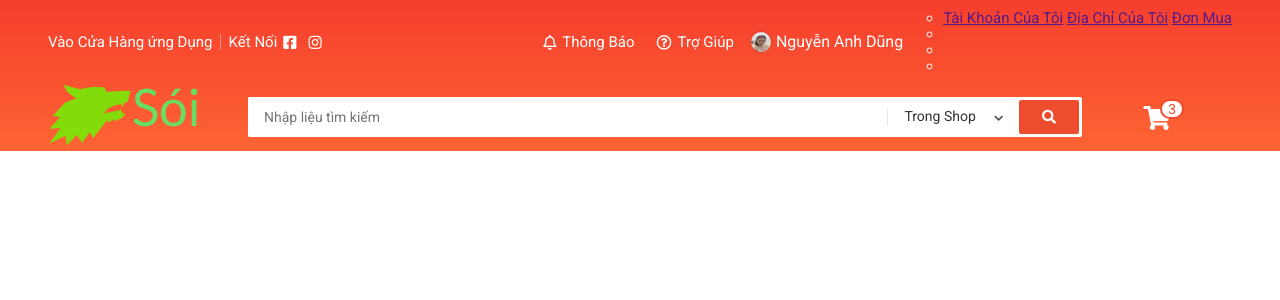
Repository: adwewecat/shoppe
Page: index.html
An editor plug-in stored every save of this project. The page is shown before and after a run of saves, followed by the edit.
The browser window is 1280 px wide. The pictures show the whole page.

Above is the page before, as saved 2021-09-03 12:01:24.

### index.html
<!DOCTYPE html>
<html lang="en">

<head>
    <meta charset="UTF-8" />
    <meta http-equiv="X-UA-Compatible" content="IE=edge" />
    <meta name="viewport" content="width=device-width, initial-scale=1.0" />
    <title>Document</title>
    <link rel="preconnect" href="https://fonts.googleapis.com" />
    <link rel="preconnect" href="https://fonts.gstatic.com" crossorigin />
    <link href="https://fonts.googleapis.com/css2?family=Roboto:ital,wght@0,400;0,500;0,700;1,300&display=swap"
        rel="stylesheet" />
    <link rel="stylesheet" href="./assets/css/base.css" />
    <link rel="stylesheet" href="./assets/css/main.css" />
    <link rel="stylesheet" href="./assets/fonts/fontawesome-free-5.15.4/css/all.min.css" />
</head>

<body>
    <div class="main">
        <header class="header">
            <div class="grid">
                <!-- Begin Navbar -->
                <nav class="header__navbar">
                    <ul class="header__navbar-list">
                        <li class="
                  header__navbar-item
                  header__navbar-item--has-qr
                  header__navbar-item--seperate
                ">
                            Vào Cửa Hàng ứng Dụng
                            <!-- Begin Header QR Code -->
                            <div class="header__qr">
                                <img src="./assets/img/qr_code/qrcode_2066837_.png" alt="QR_Code_Lagel"
                                    class="header__qr-img" />
                                <div class="header__qr-apps">
                                    <a href="" class="header__qr-link">
                                        <img src="./assets/img/qr_code/android.png" alt="android"
                                            class="header__qr-dowload-img" />
                                    </a>
                                    <a href="" class="header__qr-link">
                                        <img src="./assets/img/qr_code/ios.png" alt="ios"
                                            class="header__qr-dowload-img" />
                                    </a>
                                </div>
                            </div>
                            <!-- End Header QR Code -->
                        </li>
                        <li class="header__navbar-item">
                            <span class="header__navbar-title-no-pointer">Kết Nối</span>
                            <a href="" class="header__navbar-icon-link">
                                <i class="header__navbar-icon fab fa-facebook-square"></i>
                            </a>
                            <a href="" class="header__navbar-icon-link">
                                <i class="header__navbar-icon fab fa-instagram"></i>
                            </a>
                        </li>
                    </ul>

                    <ul class="header__navbar-list">
                        <li class="header__navbar-item header__navbar-item--has-notify">
                            <a href="" class="header__navbar-item-link">
                                <i class="header__navbar-icon far fa-bell"></i>
                                Thông Báo
                            </a>

                            <!-- Begin hover Thông Báo -->
                            <div class="header__notify">
                                <header class="header__notify-header">
                                    <h3>Thông Báo Mới Nhận</h3>
                                </header>
                                <ul class="header__notify-list">
                                    <li class="header__notify-item header__notify-item--viewed">
                                        <a href="" class="header__notify-link">
                                            <img src="./assets/img/san-pham/xiaomi-mi-11-ultra.jpg"
                                                alt="Xiaomi Mi 11 Ultra" class="header__notify-img" />
                                            <div class="header__notify-info">
                                                <span class="header__notify-name">Xiaomi Mi 11 Ultra</span>
                                                <span class="header__notify-description">Mô tả điện thoại Xiaomi Mi 11
                                                    Ultra</span>
                                            </div>
                                        </a>
                                    </li>

                                    <li class="header__notify-item">
                                        <a href="" class="header__notify-link">
                                            <img src="./assets/img/san-pham/xiaomi-mi-11-ultra.jpg"
                                                alt="Xiaomi Mi 11 Ultra" class="header__notify-img" />
                                            <div class="header__notify-info">
                                                <span class="header__notify-name">Xiaomi Mi 11 Ultra Ultra Ultra Ultra
                                                    Ultra Ultra
                                                    Ultra Ultra Ultra Ultra</span>
                                                <span class="header__notify-description">Mô tả điện thoại Xiaomi Mi 11
                                                    Ultra Mô tả điện
                                                    thoại Xiaomi Mi 11 Ultra Mô tả điện thoại Xiaomi Mi
                                                    11 Ultra Mô tả điện thoại Xiaomi Mi 11 Ultra</span>
                                            </div>
                                        </a>
                                    </li>

                                    <li class="header__notify-item">
                                        <a href="" class="header__notify-link">
                                            <img src="./assets/img/san-pham/xiaomi-mi-11-ultra.jpg"
                                                alt="Xiaomi Mi 11 Ultra" class="header__notify-img" />
                                            <div class="header__notify-info">
                                                <span class="header__notify-name">Xiaomi Mi 11 Ultra</span>
                                                <span class="header__notify-description">Mô tả điện thoại Xiaomi Mi 11
                                                    Ultra</span>
                                            </div>
                                        </a>
                                    </li>
                                </ul>

                                <footer class="header__notify-footer">
                                    <a href="" class="header__notify-footer-btn">Xem Tất Cả</a>
                                </footer>
                            </div>
                            <!-- Begin hover Thông Báo -->
                        </li>

                        <li class="header__navbar-item">
                            <a href="" class="header__navbar-item-link">
                                <i class="header__navbar-icon far fa-question-circle"></i>
                                Trợ Giúp
                            </a>
                        </li>
                        <!-- <li class="header__navbar-item header__navbar-item--strong header__navbar-item--seperate">
                            Đăng Ký
                        </li>
                        <li class="header__navbar-item header__navbar-item--strong">
                            Đăng Nhập
                        </li> -->
                        <li class="header__navbar-item header__navbar-item-user">
                            <img src="./assets/img/san-pham/4.jpg" alt="" class="header__navbar-user-img">
                            <span class="header__navbar-user-name">Nguyễn Anh Dũng</span>

                            <ul class="header__navbar-user-menu">
                                <li class="header__navbar-user-item">
                                    <a href="">Tài Khoản Của Tôi</a>
                                    <a href="">Địa Chỉ Của Tôi</a>
                                    <a href="">Đơn Mua</a>
                                </li>
                                <li class="header__navbar-user-item">

                                </li>
                                <li class="header__navbar-user-item">

                                </li>
                                <li class="header__navbar-user-item">

                                </li>

                            </ul>

                        </li>
                    </ul>
                </nav>
                <!-- End Navbar -->

                <!-- Begin search, logo, giỏ hàng -->
                <div class="header-with-search">
                    <div class="header__logo">
                        <img src="./assets/img/san-pham/logo.png" alt="" class="header__logo-img" />
                    </div>
                    <!-- Begin Search -->
                    <div class="header__search">
                        <div class="header__search-input-wrap">
                            <input type="text" class="header__search-input" placeholder="Nhập liệu tìm kiếm" />

                            <!-- Search History -->
                            <div class="header__search-history">
                                <h3 class="header__search-history-heading">
                                    Lịch Sử Tìm Kiếm
                                </h3>
                                <ul class="header__search-history-list">
                                    <li class="header__search-history-item">
                                        <a href="">Iphone 12 pro max</a>
                                    </li>
                                    <li class="header__search-history-item">
                                        <a href="">Xiaomi Mi 11i </a>
                                    </li>
                                </ul>
                            </div>
                        </div>

                        <div class="header__search-select">
                            <span class="header__search-select-lable">Trong Shop</span>
                            <i class="header__search-select-icon fas fa-chevron-down"></i>

                            <ul class="header__search-option">
                                <li class="
                      header__search-option-item
                      header__search-option-item--active
                    ">
                                    <span>Trong Shop</span>
                                    <i class="fas fa-check"></i>
                                </li>
                                <li class="header__search-option-item">
                                    <span>Ngoài Shop</span>
                                    <i class="fas fa-check"></i>
                                </li>
                            </ul>
                        </div>
                        <button class="header__search-btn">
                            <i class="header__search-btn-icon fas fa-search"></i>
                        </button>
                    </div>
                    <!-- End Search -->

                    <!-- Begin Giỏ Hàng -->
                    <div class="header__cart">
                        <div class="header__cart-wrap">
                            <i class="fas fa-shopping-cart header__cart-icon"></i>
                            <span class="header__cart-notice">3</span>
                            <!-- No card : header__cart-list--no-cart -->
                            <div class="header__cart-list ">
                                <img src="./assets/img/san-pham/chua-co-san-pham.png" alt=""
                                    class="header__cart-no-cart-img" />
                                <span class="header__cart-list--no-cart-msg">Chưa Có Sản Phẩm Nào</span>

                                <!-- Có sản phẩm -->
                                <h4 class="header__cart-heading">Sản Phẩm Đã Thêm</h4>
                                <ul class="header__cart-list-item">
                                    <!-- Cart Item -->
                                    <li class="header__cart-item">
                                        <img src="./assets/img/san-pham/xiaomi-mi-11-ultra.jpg" alt=""
                                            class="header__cart-img" />
                                        <div class="header__cart-item-info">
                                            <div class="header__cart-item-head">
                                                <h5 class="header__cart-item-name">
                                                    Điện Thoại Cấu Hình Cao
                                                </h5>
                                                <div class="header__cart-item-price-wrap">
                                                    <span class="header__cart-item-price">19.000.000đ</span>
                                                    <span class="header__cart-item-multiply">x</span>
                                                    <span class="header__cart-item-quantity">2</span>
                                                </div>
                                            </div>
                                            <div class="header__cart-item-body">
                                                <span class="header__cart-item-description">
                                                    Phân Loại Hàng : Điện Thoại Thông Minh
                                                </span>
                                                <span class="header__cart-item-remove">Xóa</span>
                                            </div>
                                        </div>
                                    </li>
                                </ul>
                                <ul class="header__cart-list-item">
                                    <!-- Cart Item -->
                                    <li class="header__cart-item">
                                        <img src="./assets/img/san-pham/xiaomi-mi-11-ultra.jpg" alt=""
                                            class="header__cart-img" />
                                        <div class="header__cart-item-info">
                                            <div class="header__cart-item-head">
                                                <h5 class="header__cart-item-name">
                                                    Điện Thoại Cấu Hình Cao
                                                </h5>
                                                <div class="header__cart-item-price-wrap">
                                                    <span class="header__cart-item-price">19.000.000đ</span>
                                                    <span class="header__cart-item-multiply">x</span>
                                                    <span class="header__cart-item-quantity">2</span>
                                                </div>
                                            </div>
                                            <div class="header__cart-item-body">
                                                <span class="header__cart-item-description">
                                                    Phân Loại Hàng : Điện Thoại Thông Minh
                                                </span>
                                                <span class="header__cart-item-remove">Xóa</span>
                                            </div>
                                        </div>
                                    </li>
                                </ul>
                                <div>
                                    <a href="#" class="header__cart-view-cart btn btn--primary">Xem Tất Cả</a>
                                </div>
                            </div>
                        </div>
                    </div>
                    <!-- End Giỏ Hàng -->
                </div>
                <!-- End search, logo, giỏ hàng -->
            </div>
        </header>

        <div class="container"></div>

        <footer class="footer"></footer>
    </div>

    <!-- Begin Modal -->
    <!-- <div class="modal">
        <div class="modal__overlay"></div>

        <div class="modal__body"> -->

    <!-- Begin Register form -->
    <!-- <div class="auth-form">
                    <div class="auth-form__container">
                        <div class="auth-form__header">
                            <h3 class="auth-form__heading">Đăng Ký</h3>
                            <span class="auth-form__switch-btn">Đăng Nhập</span>
                        </div>

                        <div class="auth-form__form">
                            <div class="auth-form__group">
                                <input type="text" class="auth-form__input" placeholder="Nhập Email">
                            </div>
                            <div class="auth-form__group">
                                <input type="password" class="auth-form__input" placeholder="Nhập Mật Khẩu">
                            </div>
                            <div class="auth-form__group">
                                <input type="password" class="auth-form__input" placeholder="Nhập Lại Mật Khẩu">
                            </div>
                        </div>

                        <div class="auth-form__aside">
                            <p class="auth-form__policy-text">
                                Bằng Việc Đăng Ký , Bạn Đã Đồng Ý Với Shop Về
                                <a href="" class="auth-form__text-link">Điều Khoản Dịch Vụ</a> &
                                <a href="" class="auth-form__text-link">Chính Sách Bảo Mật</a>
                            </p>
                        </div>

                        <div class="auth-form__controls">
                            <button class="btn btn--normal auth-form__controls-back">TRỞ LẠI</button>
                            <button class="btn btn--primary">Đăng Ký</button>
                        </div>
                    </div>


                    <div class="auth-form__socials">

                        <a href="" class=" auth-form__socials-facebook btn btn--size-s btn--witch-icon">
                            <i class="auth-form__socials-icon fab fa-facebook-square"></i>
                            <span class="auth-form__socials-title">
                                Kết Nối Với Facebook
                            </span>
                        </a>

                        <a href="" class="auth-form__socials-google btn btn--size-s btn--witch-icon">
                            <i class="auth-form__socials-icon fab fa-google-plus-square"></i>
                            <span class="auth-form__socials-title">
                                Kết Nối Với Google
                            </span>
                        </a>
                    </div>
                </div> -->
    <!-- Begin Register form -->

    <!-- Begin Login form -->
    <!-- <div class="auth-form">
                    <div class="auth-form__container">
                        <div class="auth-form__header">
                            <h3 class="auth-form__heading">Đăng Nhập</h3>
                            <span class="auth-form__switch-btn">Đăng Ký</span>
                        </div>

                        <div class="auth-form__form">
                            <div class="auth-form__group">
                                <input type="text" class="auth-form__input" placeholder="Nhập Email">
                            </div>
                            <div class="auth-form__group">
                                <input type="password" class="auth-form__input" placeholder="Nhập Mật Khẩu">
                            </div>
                        </div>

                        <div class="auth-form__aside">
                            <div class="auth-form__help">
                                <a href="" class="auth-form__help-link auth-form__help-forgot">Quên Mật Khẩu</a>
                                <span class="auth-form__help-separate"></span>
                                <a href="" class="auth-form__help-link">Cần Trợ Giúp?</a>
                            </div>
                        </div>

                        <div class="auth-form__controls">
                            <button class="btn btn--normal auth-form__controls-back">Trở Lại</button>
                            <button class="btn btn--primary">Đăng Nhập</button>
                        </div>
                    </div>


                    <div class="auth-form__socials">

                        <a href="" class=" auth-form__socials-facebook btn btn--size-s btn--witch-icon">
                            <i class="auth-form__socials-icon fab fa-facebook-square"></i>
                            <span class="auth-form__socials-title">
                                Kết Nối Với Facebook
                            </span>
                        </a>

                        <a href="" class="auth-form__socials-google btn btn--size-s btn--witch-icon">
                            <i class="auth-form__socials-icon fab fa-google-plus-square"></i>
                            <span class="auth-form__socials-title">
                                Kết Nối Với Google
                            </span>
                        </a>
                    </div>
                </div> -->
    <!-- End Login form -->

    <!-- </div>
    </div> -->

    <!-- End Modal -->
</body>

</html>

### assets/css/base.css

/* Reset CSS */
/*! normalize.css v8.0.1 | MIT License | github.com/necolas/normalize.css */
html{line-height:1.15;-webkit-text-size-adjust:100%}body{margin:0}main{display:block}h1{font-size:2em;margin:.67em 0}hr{box-sizing:content-box;height:0;overflow:visible}pre{font-family:monospace,monospace;font-size:1em}a{background-color:transparent}abbr[title]{border-bottom:none;text-decoration:underline;text-decoration:underline dotted}b,strong{font-weight:bolder}code,kbd,samp{font-family:monospace,monospace;font-size:1em}small{font-size:80%}sub,sup{font-size:75%;line-height:0;position:relative;vertical-align:baseline}sub{bottom:-.25em}sup{top:-.5em}img{border-style:none}button,input,optgroup,select,textarea{font-family:inherit;font-size:100%;line-height:1.15;margin:0}button,input{overflow:visible}button,select{text-transform:none}[type=button],[type=reset],[type=submit],button{-webkit-appearance:button}[type=button]::-moz-focus-inner,[type=reset]::-moz-focus-inner,[type=submit]::-moz-focus-inner,button::-moz-focus-inner{border-style:none;padding:0}[type=button]:-moz-focusring,[type=reset]:-moz-focusring,[type=submit]:-moz-focusring,button:-moz-focusring{outline:1px dotted ButtonText}fieldset{padding:.35em .75em .625em}legend{box-sizing:border-box;color:inherit;display:table;max-width:100%;padding:0;white-space:normal}progress{vertical-align:baseline}textarea{overflow:auto}[type=checkbox],[type=radio]{box-sizing:border-box;padding:0}[type=number]::-webkit-inner-spin-button,[type=number]::-webkit-outer-spin-button{height:auto}[type=search]{-webkit-appearance:textfield;outline-offset:-2px}[type=search]::-webkit-search-decoration{-webkit-appearance:none}::-webkit-file-upload-button{-webkit-appearance:button;font:inherit}details{display:block}summary{display:list-item}template{display:none}[hidden]{display:none}
/*# sourceMappingURL=normalize.min.css.map */
/* https://cdnjs.cloudflare.com/ajax/libs/normalize/8.0.1/normalize.min.css */


:root {
    --primary-color: #EE4D2D;
    --white-color: #fff;
    --black-color: #000;
    --text-color: #333;
    --border-color: #dbdbdb;

    --navbar-height:34px;
    --header-height:120px
    --header-with-search-height:calc(var(var(--header-height)-var(var(--navbar-height))))

}

*{
    box-sizing: border-box; /* lÀM Kích thước không bị thay đổi khi làm dầy padding và border */

}

html {
    /* Hack */
    font-size: 62.5%;
    line-height: 1.6rem; /*1rem bằng 10px khi setup font-size: 62.5%;*/
    font-family: 'Roboto', sans-serif; /*sans-serif là thuộc tính chữ ko gạch chân*/
}


.grid {
    width: 1200px;
    max-width: 100%;
    margin: 0 auto; /*trên dưới bằng 0  trái phải auto , tự động căn giữa khi khối này nằm trong khối khác*/
}

.grid__full-width {
    width: 100%;
}


/* Những thẻ nào nằm trong class này sẽ cùng nằm trên 1 hàng ngang và nếu co giao diện sẽ tự động xuống dòng */
.grid__row {
    display: flex;
    flex-wrap: wrap;
}

/* Animation */
@keyframes fadeIn {
    from {
        opacity: 0;
    }
    to {
        opacity: 1;
    }
}

@keyframes growth {
    from {
        transform: scale(var(--growth-form));
    }
    to{
        transform: scale(var(--growth-to));
    }
}



/* ====================================== */
/* Begin Modal */
.modal {
    position: fixed;
    top: 0;
    bottom: 0;
    right: 0;
    left: 0;
    display: flex;
    animation: fadeIn ease-in 0.5s;
}
.modal__overlay {
    position: absolute;
    width: 100%;
    height: 100%;
    background-color: rgba(12, 5, 5, 0.4);
}

.modal__body {
    --growth-form : 0.7s;
    --growth-to:1s;
    background-color: green;
    margin: auto;
    position: relative;
    z-index: 1; /*Hiện thị ưu tiên lên trên*/
    animation: growth linear 0.5s;
}

/* End Modal */
/* ====================================== */



/* button style */
.btn {
    min-width: 124px;
    height: 36px;
    text-decoration: none;
    border: none;
    border-radius: 2px;
    font-size: 1.5rem;
    padding: 0 12px;
    outline: none;
    cursor: pointer;
    color: var(--text-color);
    display: flex;
    justify-content: center;
    align-items: center;
    line-height: 1.6rem;
}

.btn.btn--normal:hover {
    background-color: rgba(0,0,0,0.1);

}

.btn.btn--size-s {
    height: 32px;
    font-size: 12px;
    padding: 0 8px;
}


/* Phải có cả 2 class này mới được áp dụng */
.btn.btn--primary {
    color: var(--white-color);
    background-color: var(--primary-color);
}

.btn.btn-disabled {
    cursor: default;
    filter: brightness(80%); /*Giamr độ sáng*/
    background-color: #c3c3c3;
    color: #949494;
}

Loaded but not shown: assets/fonts/fontawesome-free-5.15.4/css/all.min.css (library); assets/css/main.css (969 lines, source omitted)

After the next 3 saves:
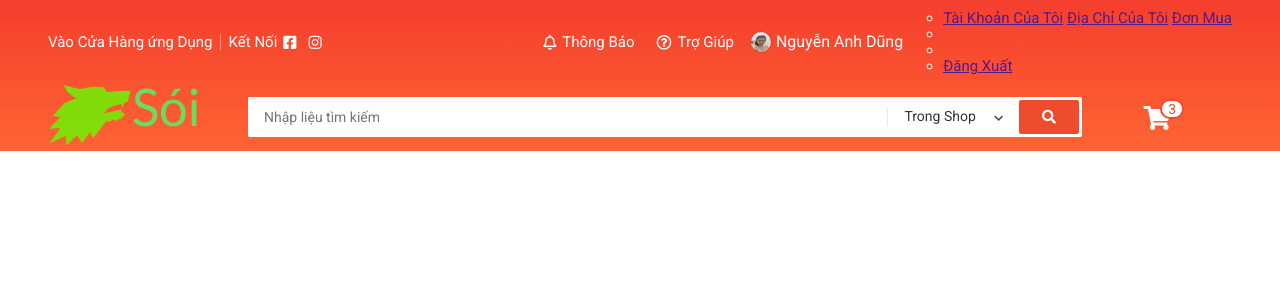
The 3 saves are shown as one change because they came seconds apart.
The last was saved 10 s later.
--- a/index.html
+++ b/index.html
@@ -146,6 +146,7 @@
 
                                 </li>
                                 <li class="header__navbar-user-item">
+                                    <a href="">Đăng Xuất</a>
 
                                 </li>
 
